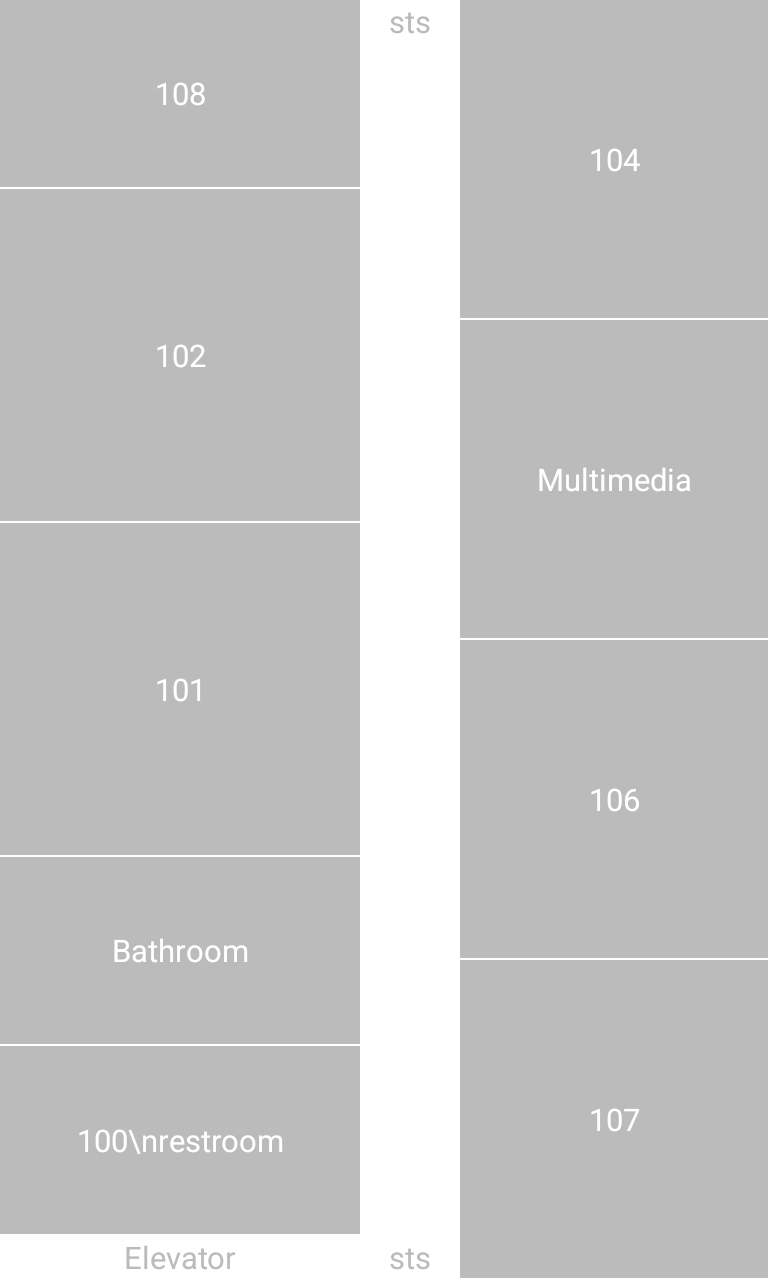
Repository: Choi-HyunWoo/Baddest
Layout: WorkOn_SELLA/workspace/BaddestHansung/res/layout/campus_gonghaka.xml
These files come from the project's save history. The layout is drawn as it stood at one moment and after the next save; the edit follows.
It is drawn on a 768 x 1280 px phone screen (xhdpi) without system bars, with theme android:Theme.Light.NoTitleBar; the app's code is not run.

Above is the layout before, as saved 2014-05-29 12:07:44.

After the next save:
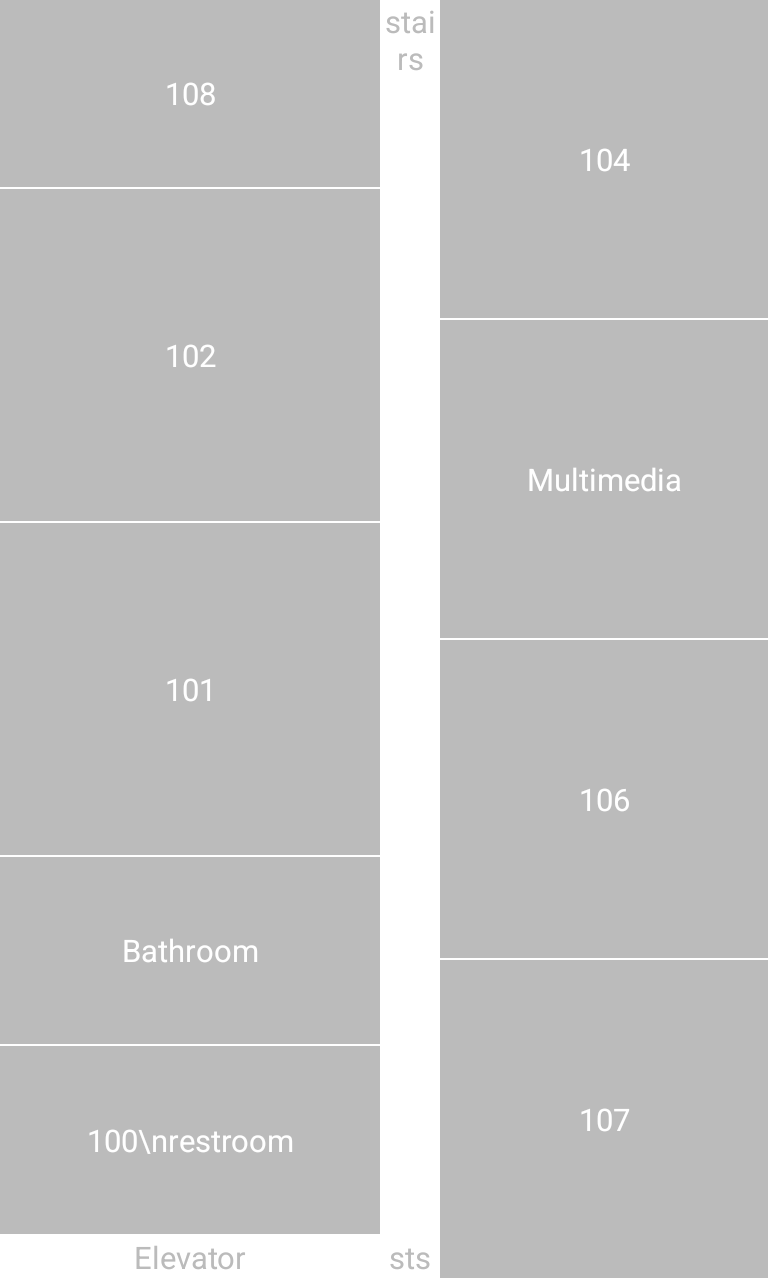
Saved 16 s later.
--- a/WorkOn_SELLA/workspace/BaddestHansung/res/layout/campus_gonghaka.xml
+++ b/WorkOn_SELLA/workspace/BaddestHansung/res/layout/campus_gonghaka.xml
@@ -34,11 +34,11 @@
     </LinearLayout>
 
     <RelativeLayout
-    	android:layout_width="50dp"
+    	android:layout_width="30dp"
         android:layout_height="match_parent"
         android:orientation="vertical" >
 	    <TextView
-	        android:text="sts"
+	        android:text="stairs"
 	        style="@style/WhitePlace"
 	        android:layout_width="match_parent"
 	        android:layout_height="wrap_content"
